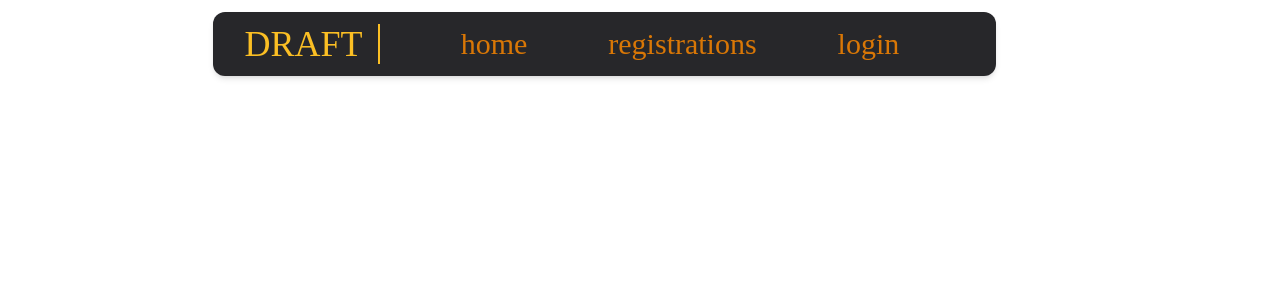
Repository: MehediMim/LeagueCrafter--Online-Auction-Platform-Project
Page: / (app in my-app/)
An editor plug-in stored every save of this project. The page is shown before and after the next save, followed by the edit.
The browser window is 1280 px wide. The pictures show the whole page.
Some web fonts or font styles are not loaded; a fallback is used. The project was rebuilt for these pictures with package versions that can differ from the ones it lists, and the page was loaded fresh each time. Also part of the build but not shown: my-app/vite.config.js, my-app/src/pages/Dashboard.jsx, my-app/src/pages/Login.jsx.

Above is the page before, as saved 2025-05-25 01:36:03.

### my-app/src/main.jsx
import { StrictMode } from 'react'
import { createRoot } from 'react-dom/client'
import React from 'react';
import ReactDOM from 'react-dom/client';
import './index.css'
import App from './App.jsx'
import { Auth0Provider } from '@auth0/auth0-react';
console.log("HELLO WORLD");
console.log('Domain:', import.meta.env.VITE_AUTH0_DOMAIN);
console.log('Client ID:', import.meta.env.VITE_AUTH0_CLIENT_ID);
console.log("HELLO WORLD");

ReactDOM.createRoot(document.getElementById('root')).render(
<React.StrictMode>
  <Auth0Provider
    domain={import.meta.env.VITE_AUTH0_DOMAIN}
    clientId={import.meta.env.VITE_AUTH0_CLIENT_ID}
    authorizationParams={{

      redirect_uri: window.location.origin,
      audience: import.meta.env.VITE_AUTH0_AUDIENCE
    }}
  >
    <App />
  </Auth0Provider>
</React.StrictMode>
);

### my-app/src/index.css
@import url('https://fonts.googleapis.com/css2?family=Bebas+Neue&display=swap');
@import url('https://fonts.googleapis.com/css2?family=Raleway:wght@400;700&display=swap');
@import url('https://fonts.googleapis.com/css2?family=Jaro&display=swap');
@import url('https://fonts.googleapis.com/css2?family=WDXL+Lubrifont+TC&display=swap');


@tailwind base;
@tailwind components;
@tailwind utilities;



:root {
  font-family: system-ui, Avenir, Helvetica, Arial, sans-serif;
  line-height: 1.5;
  font-weight: 400;

  color-scheme: light dark;
  color: rgba(255, 255, 255, 0.87);
  background-color: #242424;

  font-synthesis: none;
  text-rendering: optimizeLegibility;
  -webkit-font-smoothing: antialiased;
  -moz-osx-font-smoothing: grayscale;
}

a {
  font-weight: 500;
  color: #646cff;
  text-decoration: inherit;
}
a:hover {
  color: #535bf2;
}

body {
  margin: 0;
  display: flex;
  place-items: center;
  min-width: 320px;
  min-height: 100vh;
}

h1 {
  font-size: 3.2em;
  line-height: 1.1;
}

button {
  border-radius: 8px;
  border: 1px solid transparent;
  padding: 0.6em 1.2em;
  font-size: 1em;
  font-weight: 500;
  font-family: inherit;
  background-color: #1a1a1a;
  cursor: pointer;
  transition: border-color 0.25s;
}
button:hover {
  border-color: #646cff;
}
button:focus,
button:focus-visible {
  outline: 4px auto -webkit-focus-ring-color;
}

@media (prefers-color-scheme: light) {
  :root {
    color: #213547;
    background-color: #ffffff;
  }
  a:hover {
    color: #747bff;
  }
  button {
    background-color: #f9f9f9;
  }
}

### my-app/src/App.jsx
import { BrowserRouter, Routes, Route } from "react-router-dom";
import Navbar from "./components/Navbar";
import Home from "./pages/Home";
import Dashboard from "./pages/Dashboard";
import Login from "./pages/Login";


export default function App() {
  return (
    <BrowserRouter>
      <Navbar />
      <Routes>
        <Route path="/" element={<Home />} />
        <Route path="/dashboard" element={<Dashboard />} />
        <Route path="/login" element={<Login />} />
        {/* <Route path="/auction" element={<AuctionRoom />} /> */}
        {/* <Route path="*" element={<NotFound />} /> */}
      </Routes>
    </BrowserRouter>
  );
}

### my-app/src/components/Navbar.jsx
import { Link } from "react-router-dom";
import { useAuth0 } from "@auth0/auth0-react";

export default function Navbar(params) {

  const { user, isAuthenticated, isLoading, loginWithRedirect, logout } = useAuth0();

  return (
    <div className="h-16 w-screen absolute top-3 z-50 flex justify-center">
      <div className="w-2/3 flex justify-center">
        <div className="bg-zinc-800 shadow-md p-4 rounded-xl w-full flex items-center">
          {/* <div className="w-auto h-auto rounded-xl m-4 flex p-4"> */}
          <div className="w-1/4 border-r-2 border-amber-400 flex justify-center">
            <Link><h1 className="font-jaro text-4xl text-amber-400 hover:text-white">DRAFT</h1></Link>
          </div>
          <div className="w-full flex justify-evenly   items-center">
            <Link to="/" className="text-amber-600 hover:text-white"><h1 className="text-3xl font-jaro">home</h1></Link>
            <Link className="text-amber-600 hover:text-white"><h1 className="text-3xl font-jaro">registrations</h1></Link>
            {!isAuthenticated && <Link to="/login" className="text-amber-600 hover:text-white"><h1 className="text-3xl  font-jaro">login</h1></Link>}
            {isAuthenticated && <Link to="/dashboard" className="text-amber-600 hover:text-white"><h1 className="text-3xl  font-jaro">dashboard</h1></Link>}

          </div>
          {/* </div> */}
        </div>
        <div className=" h-16 w-16  ml-3">
          <div className="rounded-full border-amber-600 h-full">

          </div>
        </div>
      </div>
    </div>
  )
};

### my-app/src/pages/Home.jsx
export default function Home(params) {
    return (
        <div className="flex justify-center item-center w-screen">
            <div className="justify-start flex flex-col">
                <div>
                    <h1 className="text-xl font-raleway text-white font-bold">Your Squad, Your Strategy — Build It Live!</h1>
                </div>
                <div className="flex justify-start pt-2">
                <button className="font-jaro text-white hover:bg-white hover:text-black">Create</button>
                </div>
            </div>
        </div>
    )
};

### my-app/tailwind.config.js
/** @type {import('tailwindcss').Config} */
export default {
  content: [
    "./index.html",
    "./src/**/*.{js,ts,jsx,tsx}",
  ],
  theme: {
    extend: {
      fontFamily: {
        bebas: ['"Bebas Neue"', 'cursive'],
        raleway: ['Raleway', 'sans-serif'],
        jaro: ['Jaro', 'cursive'],
        lubrifont: ['Lubrifont', 'sans-serif'],
      },
    },
  },
  plugins: [],
}

Loaded but not shown: my-app/index.html (common file)

After the next save:
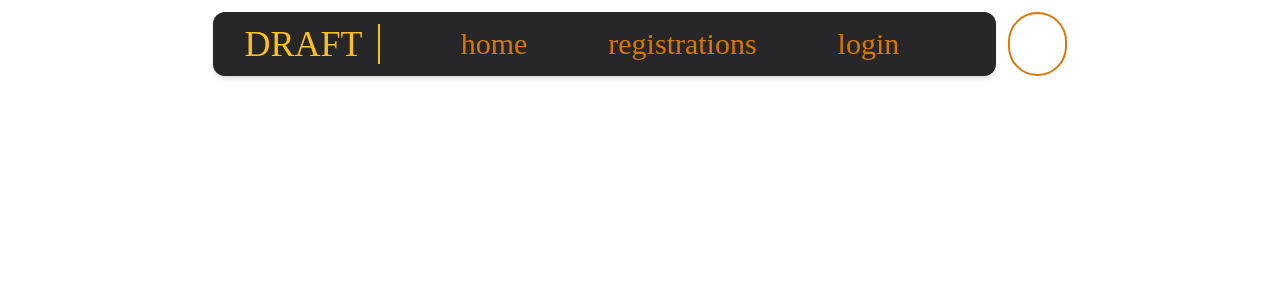
Saved 5 s later.
--- a/my-app/src/components/Navbar.jsx
+++ b/my-app/src/components/Navbar.jsx
@@ -23,7 +23,7 @@ export default function Navbar(params) {
           {/* </div> */}
         </div>
         <div className=" h-16 w-16  ml-3">
-          <div className="rounded-full border-amber-600 h-full">
+          <div className="rounded-full border-amber-600 border-2 h-full">
 
           </div>
         </div>
